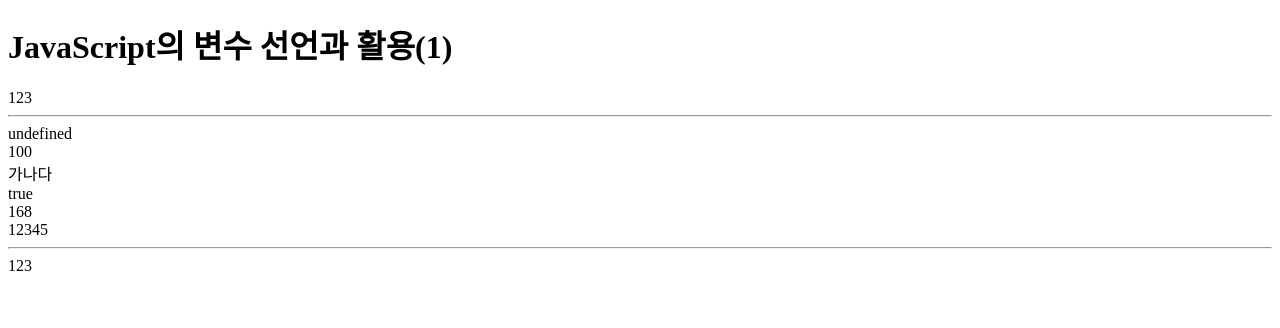
Repository: jhsnex123/web_study
Page: edu/src/main/webapp/jsexam/exam2.html
These files come from the project's save history. The page is drawn as it stood at one moment and after the next save; the edit follows.
The browser window is 1280 px wide. The pictures show the whole page.

Above is the page before, as saved 2024-09-20 03:02:55.
Console error: ReferenceError: v1 is not defined

After the next save:
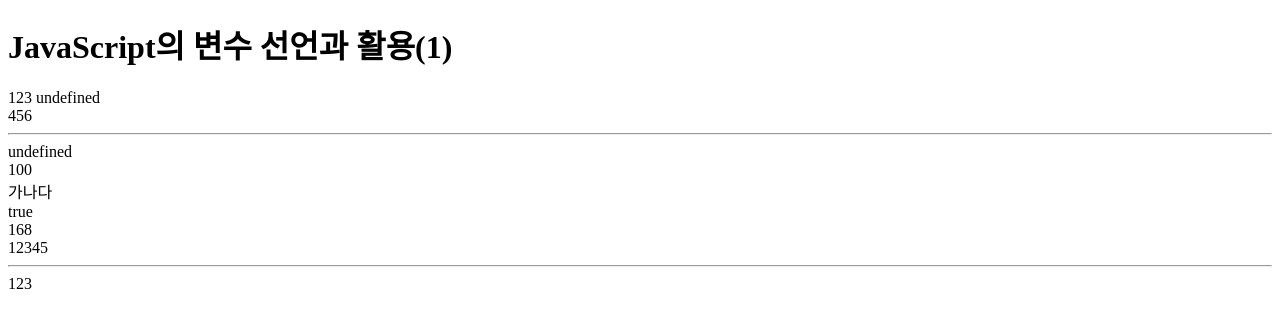
The error is gone.
Saved 6 min 3 s later.
--- a/edu/src/main/webapp/jsexam/exam2.html
+++ b/edu/src/main/webapp/jsexam/exam2.html
@@ -7,6 +7,7 @@
 <body>
 <h1>JavaScript의 변수 선언과 활용(1)</h1>
 <script>
+	var v1;
 	document.writeln(123);
 	document.writeln(v1+"<br>");	// 오류 발생
 	document.writeln(456);
